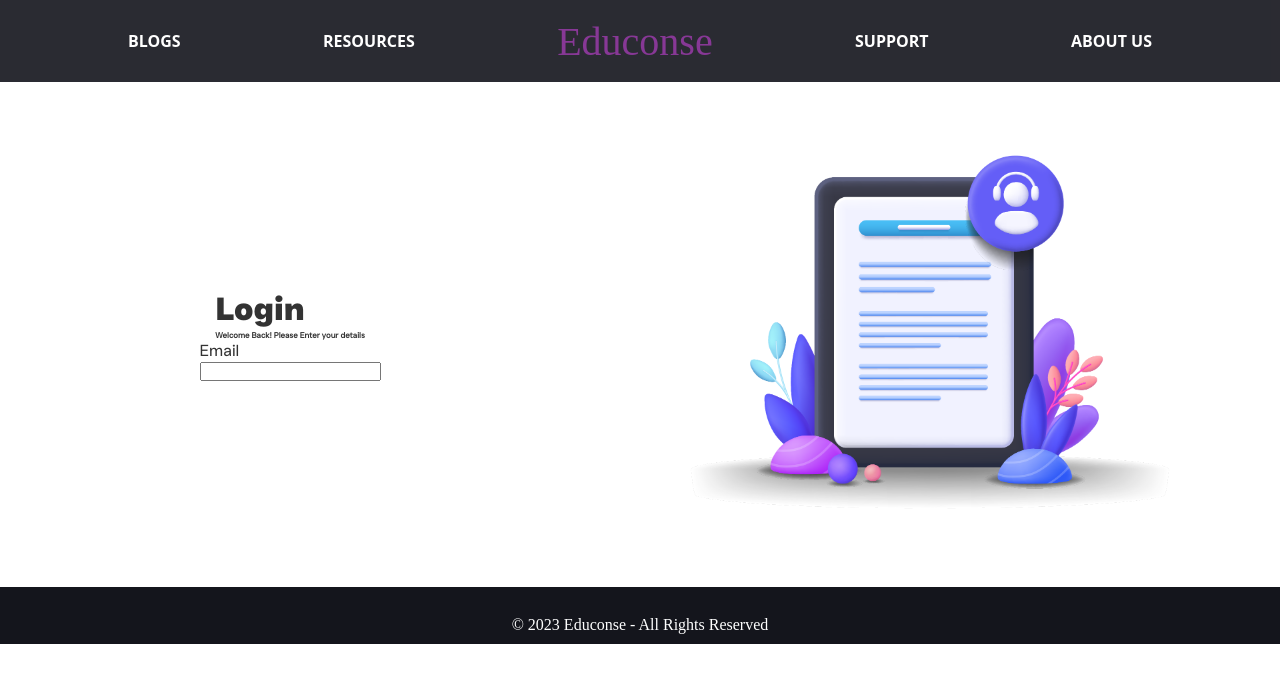
Repository: devajay07/educonse
Page: pages/login.html
These files come from the project's save history. The page is drawn as it stood at one moment and after the next save; the edit follows.
The browser window is 1280 px wide. The pictures show the whole page.

Above is the page before, as saved 2023-10-15 01:56:46.

After the next save:
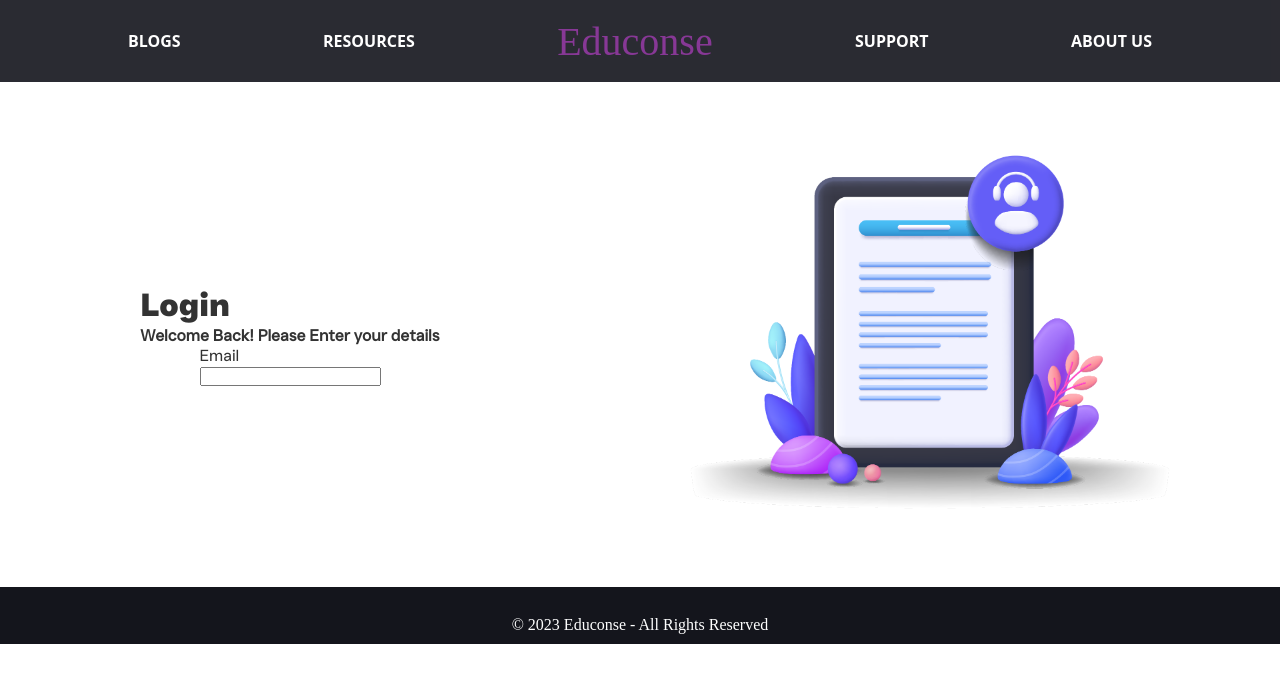
Saved 6 s later.
--- a/css/login.css
+++ b/css/login.css
@@ -58,7 +58,7 @@ main .login-panel{
 
 .sub-heading{
   font-family: var(--brand-reg);
-  font-size: 0.5rem;
+  font-size: 1rem;
 }
 #login-img{
   width: 700px;
